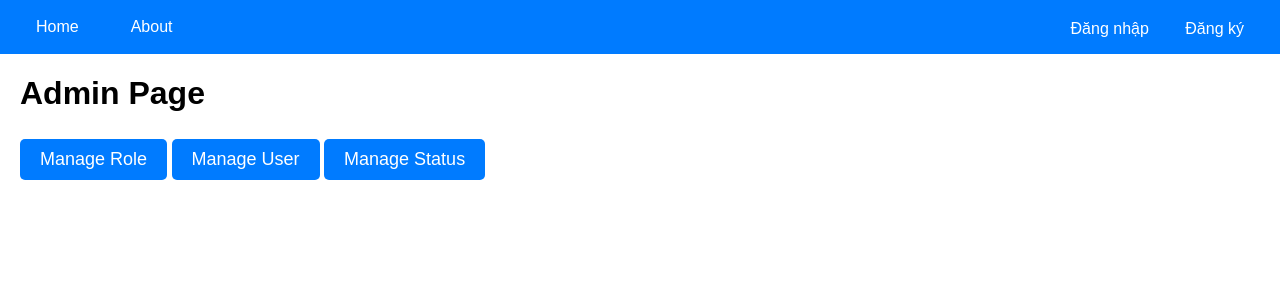
Repository: Loc2804/LTM
Page: http://localhost/RestaurantProject/WelcomeAdmin.jsp
An editor plug-in stored every save of this project. The page is shown before and after the next save, followed by the edit.
The browser window is 1280 px wide. The pictures show the whole page.
The page is served by Tomcat 10.

Above is the page before, as saved 2024-12-07 17:29:29.

After the next save:
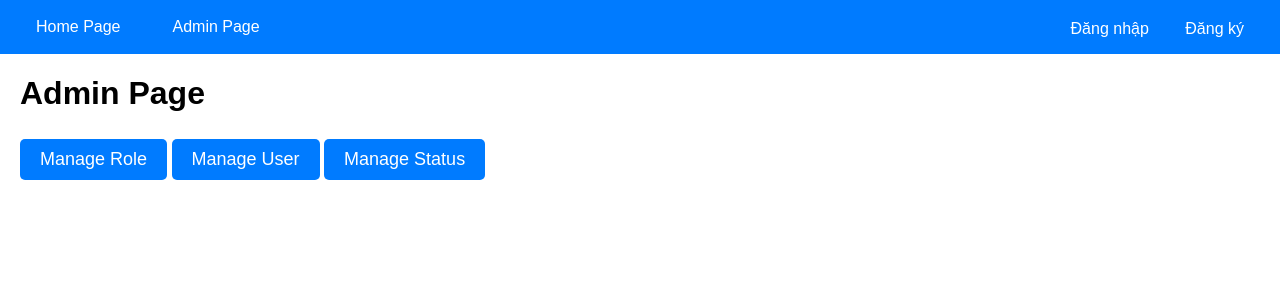
Saved 19 s later.
--- a/RestaurantProject/src/main/webapp/WelcomeAdmin.jsp
+++ b/RestaurantProject/src/main/webapp/WelcomeAdmin.jsp
@@ -75,8 +75,8 @@
 <body>
     <div class="navbar">
         <div class="links">
-            <a href="WelcomeUser.jsp">Home</a>
-            <a href="WelcomeAdmin.jsp">About</a>
+            <a href="WelcomeUser.jsp">Home Page</a>
+            <a href="WelcomeAdmin.jsp">Admin Page</a>
         </div>
         <%
         	User user = (User) session.getAttribute("user");
